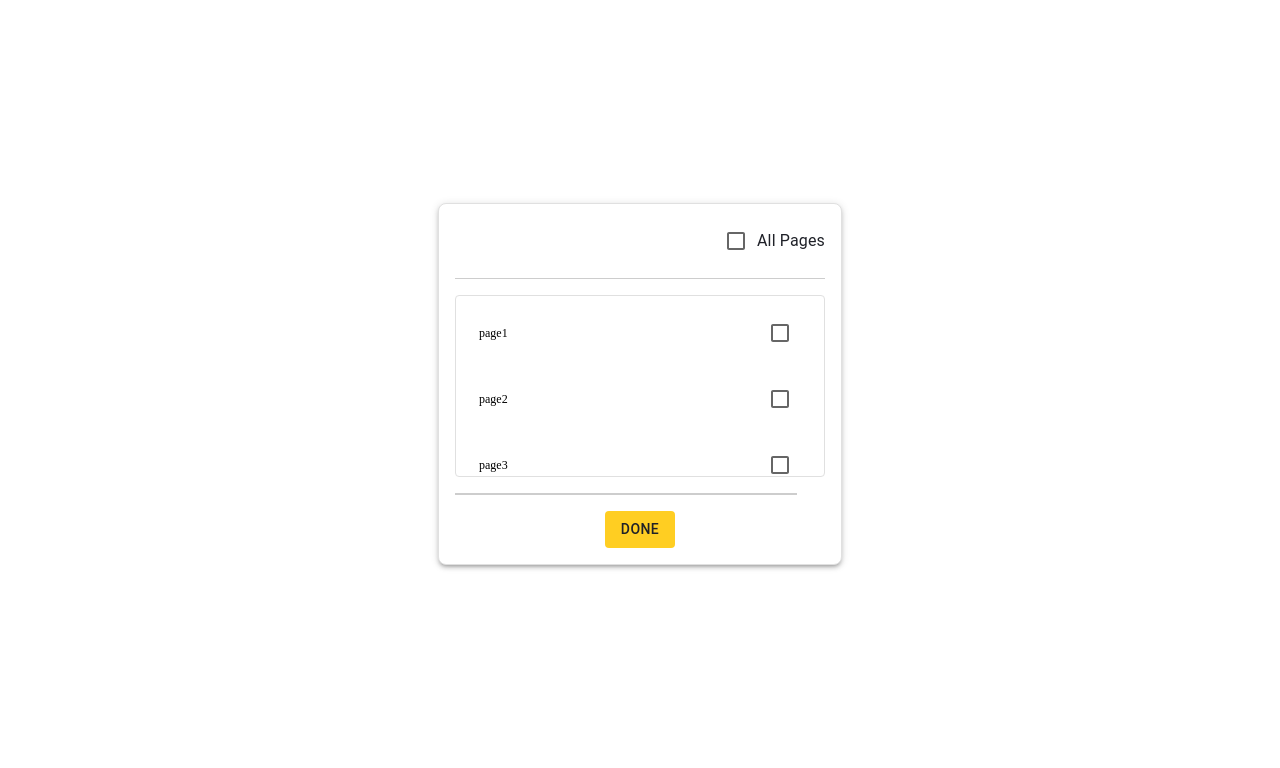
Repository: Tabishhaider72/Ellty-Test
Page: /
These files come from the project's save history. The page is drawn as it stood at one moment and after the next save; the edit follows.
The browser window is 1280 px wide. The pictures show the whole page.
The project was rebuilt for these pictures with package versions that can differ from the ones it lists, and the page was loaded fresh each time. Also part of the build but not shown: vite.config.js, src/index.css.

Above is the page before, as saved 2024-08-28 15:35:11.

### src/App.jsx
import React, { useState } from 'react';
import Box from '@mui/material/Box';
import Checkbox from '@mui/material/Checkbox';
import FormControlLabel from '@mui/material/FormControlLabel';
import Button from '@mui/material/Button';

function PageSelector() {
  const [allChecked, setAllChecked] = useState(false);
  const [pages, setPages] = useState({
    page1: false,
    page2: false,
    page3: false,
  });

  const handleAllCheck = () => {
    const newCheckedStatus = !allChecked;
    setAllChecked(newCheckedStatus);
    setPages({
      page1: newCheckedStatus,
      page2: newCheckedStatus,
      page3: newCheckedStatus,
    });
  };

  const handlePageCheck = (page) => {
    const newPages = { ...pages, [page]: !pages[page] };
    setPages(newPages);
    setAllChecked(Object.values(newPages).every((val) => val === true));
  };

  return (
    <Box
      sx={{
        display: 'flex',
        justifyContent: 'center',
        alignItems: 'center',
        height: '100vh',
        padding: 2,
      }}
    >
      <Box
        sx={{
          width: 370,
          backgroundColor: 'white',
          border: '1px solid',
          borderColor: 'grey.300',
          boxShadow: 3,
          borderRadius: 2,
          p: 2,
          display: 'flex',
          flexDirection: 'column',
        }}
      >
        {/* Align "All Pages" to the right */}
        <Box
          sx={{
            display: 'flex',
            justifyContent: 'flex-end',
            alignItems: 'center',
            mb: 2,
          }}
        >
          <FormControlLabel
            control={
              <Checkbox
                checked={allChecked}
                onChange={handleAllCheck}
                color="primary"
              />
            }
            label="All Pages"
            sx={{
              fontFamily: 'Montserrat',
              fontWeight: 400,
              fontSize: '14px',
              color: '#1F2128',
              margin: 0,
              ml: 1,
            }}
          />
        </Box>

        {/* Horizontal line */}
        <Box
          sx={{
            width: '100%',
            borderBottom: '0.7px solid #CDCDCD',
            mb: 2,
          }}
        />

        {/* Page checkboxes aligned to the left */}
        <Box
          sx={{
            overflowY: 'auto',
            height: 164,
            mb: 2,
            border: '1px solid',
            borderColor: 'grey.300',
            borderRadius: 1,
            p: 1,
          }}
        >
          {Object.keys(pages).map((page) => (
            <Box
              key={page}
              sx={{
                display: 'flex',
                justifyContent: 'space-between',
                alignItems: 'center',
                p: '8px 15px',
                mb: 1,
                backgroundColor: 'white',
                fontSize: '12px',
              }}
            >
              <Box sx={{ flex: 1 }}>{page}</Box>
              <Checkbox
                checked={pages[page]}
                onChange={() => handlePageCheck(page)}
                color="primary"
              />
            </Box>
          ))}
        </Box>

        {/* Added line */}
        <Box
          sx={{
            width: 340,
            height: 0,
            border: '0.7px solid #CDCDCD',
            mb: 2,
            flex: 'none',
            order: 0,
            flexGrow: 0,
          }}
        />

        {/* Center "Done" button */}
        <Box sx={{ textAlign: 'center', mt: 'auto' }}>
          <Button
            variant="contained"
            sx={{
              borderRadius: 1,
              backgroundColor: '#FFCE22', // Website color/Orange
              color: '#1F2128', // Black color
              boxShadow: 'none', // Remove shadow
              '&:hover': {
                backgroundColor: '#FFD84D', // Lighter Orange color
                boxShadow: 'none', // Remove shadow on hover
              },
            }}
          >
            Done
          </Button>
        </Box>
      </Box>
    </Box>
  );
}

export default PageSelector;

Loaded but not shown: index.html (common file); src/main.jsx (common file)

After the next save:
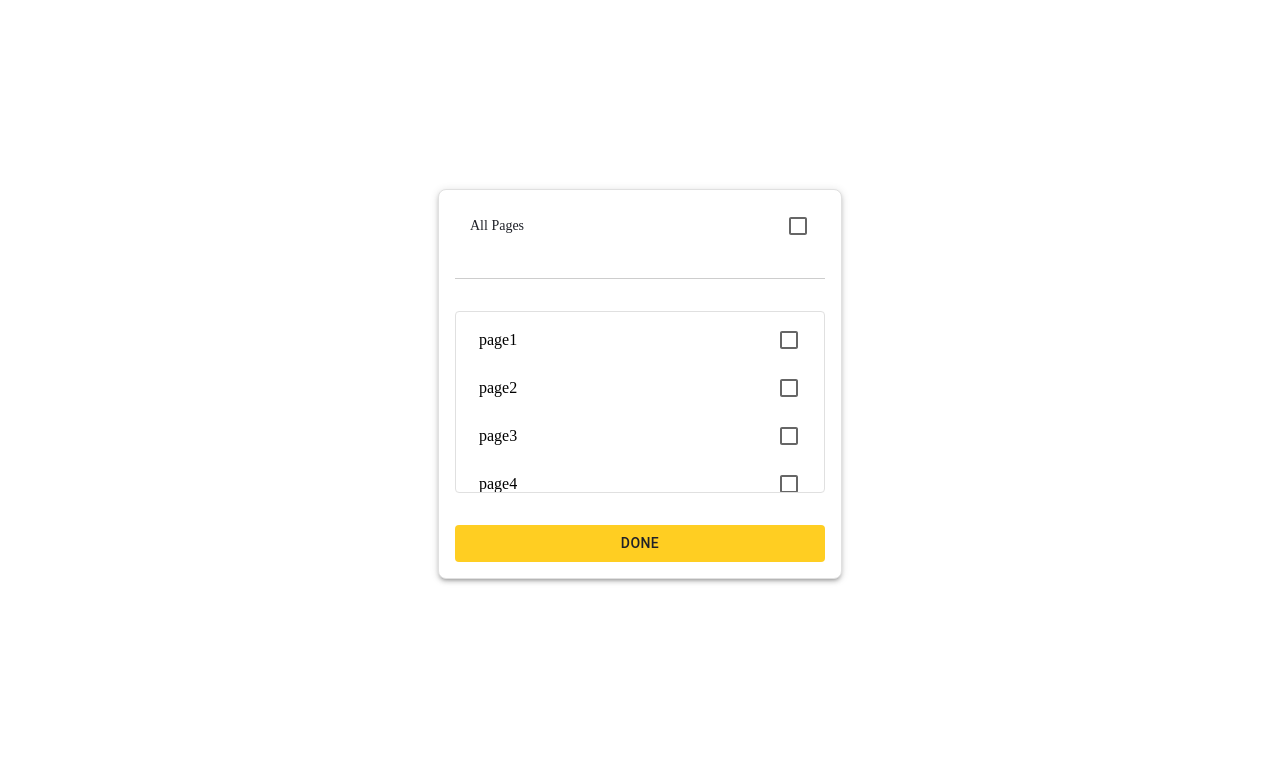
Saved 2 min 29 s later.
--- a/src/App.jsx
+++ b/src/App.jsx
@@ -10,6 +10,7 @@ function PageSelector() {
     page1: false,
     page2: false,
     page3: false,
+    page4: false,
   });
 
   const handleAllCheck = () => {
@@ -19,6 +20,7 @@ function PageSelector() {
       page1: newCheckedStatus,
       page2: newCheckedStatus,
       page3: newCheckedStatus,
+      page4: newCheckedStatus,
     });
   };
 
@@ -49,47 +51,41 @@ function PageSelector() {
           p: 2,
           display: 'flex',
           flexDirection: 'column',
+          gap: 2,
         }}
       >
-        {/* Align "All Pages" to the right */}
+        {/* All Pages */}
         <Box
           sx={{
             display: 'flex',
-            justifyContent: 'flex-end',
+            justifyContent: 'space-between',
             alignItems: 'center',
+            fontFamily: 'Montserrat',
+            fontWeight: 400,
+            fontSize: '14px',
+            lineHeight: '18px',
+            color: '#1F2128',
             mb: 2,
+            p: '8px 15px',
           }}
         >
-          <FormControlLabel
-            control={
-              <Checkbox
-                checked={allChecked}
-                onChange={handleAllCheck}
-                color="primary"
-              />
-            }
-            label="All Pages"
-            sx={{
-              fontFamily: 'Montserrat',
-              fontWeight: 400,
-              fontSize: '14px',
-              color: '#1F2128',
-              margin: 0,
-              ml: 1,
-            }}
+          <span>All Pages</span>
+          <Checkbox
+            checked={allChecked}
+            onChange={handleAllCheck}
+            color="primary"
+            sx={{ p: 0 }}
           />
         </Box>
 
-        {/* Horizontal line */}
         <Box
           sx={{
-            width: '100%',
             borderBottom: '0.7px solid #CDCDCD',
             mb: 2,
           }}
         />
 
-        {/* Page checkboxes aligned to the left */}
+        {/* Page List */}
         <Box
           sx={{
             overflowY: 'auto',
@@ -99,6 +95,9 @@ function PageSelector() {
             borderColor: 'grey.300',
             borderRadius: 1,
             p: 1,
+            display: 'flex',
+            flexDirection: 'column',
+            gap: 1,
           }}
         >
           {Object.keys(pages).map((page) => (
@@ -109,46 +108,38 @@ function PageSelector() {
                 justifyContent: 'space-between',
                 alignItems: 'center',
                 p: '8px 15px',
-                mb: 1,
                 backgroundColor: 'white',
-                fontSize: '12px',
               }}
             >
-              <Box sx={{ flex: 1 }}>{page}</Box>
+              <span>{page}</span>
               <Checkbox
                 checked={pages[page]}
                 onChange={() => handlePageCheck(page)}
                 color="primary"
+                sx={{ p: 0 }}
               />
             </Box>
           ))}
         </Box>
 
-        {/* Added line */}
         <Box
           sx={{
-            width: 340,
-            height: 0,
-            border: '0.7px solid #CDCDCD',
-            mb: 2,
-            flex: 'none',
-            order: 0,
-            flexGrow: 0,
+            display: 'flex',
+            justifyContent: 'center',
+            mt: 'auto',
           }}
-        />
-
-        {/* Center "Done" button */}
-        <Box sx={{ textAlign: 'center', mt: 'auto' }}>
+        >
           <Button
             variant="contained"
             sx={{
+              width: '100%',
               borderRadius: 1,
-              backgroundColor: '#FFCE22', // Website color/Orange
-              color: '#1F2128', // Black color
-              boxShadow: 'none', // Remove shadow
+              backgroundColor: '#FFCE22',
+              color: '#1F2128',
+              boxShadow: 'none',
               '&:hover': {
-                backgroundColor: '#FFD84D', // Lighter Orange color
-                boxShadow: 'none', // Remove shadow on hover
+                backgroundColor: '#FFD84D',
+                boxShadow: 'none',
               },
             }}
           >
